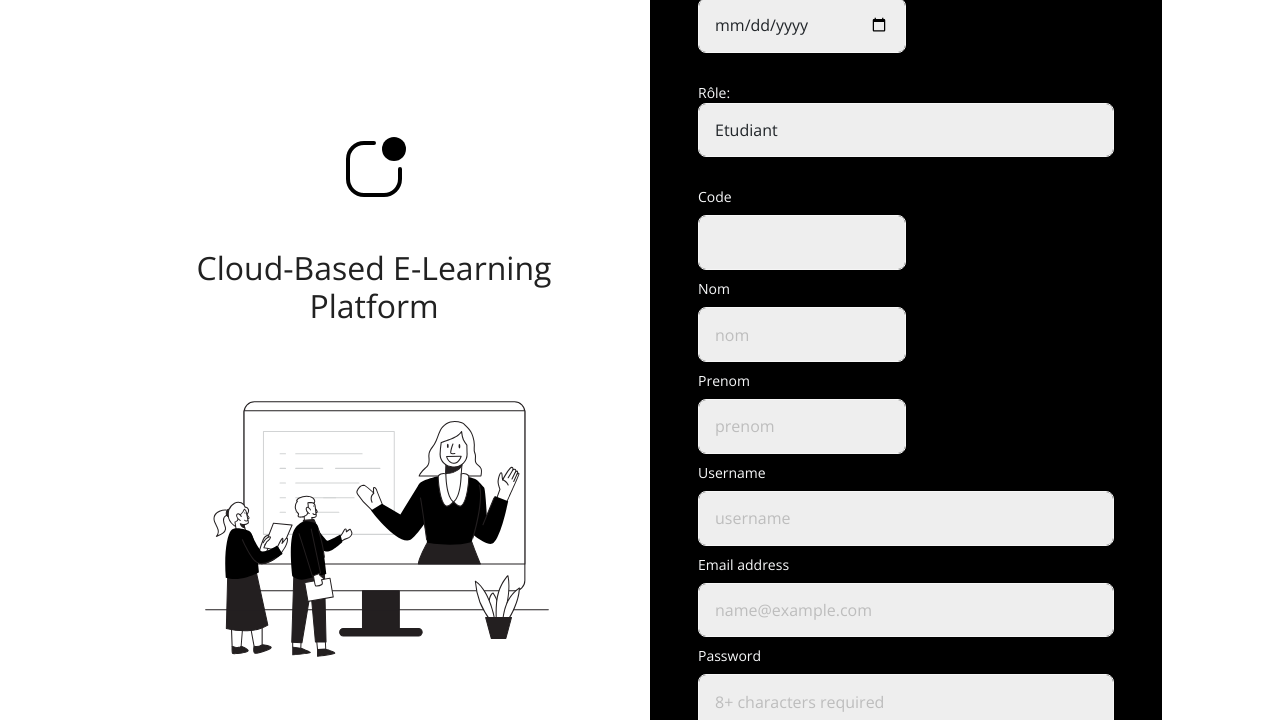
Repository: dimitri0004/Moodle
Page: http://localhost/inscription/
The author's editor kept a copy of each file at every save. The page is drawn from the files as they stood at one save, then again after the next save.
The browser window is 1280 px wide. The pictures show the whole page.
Some icons come from a web library that is not loaded, so they are not drawn. An inner scrolling area shows only its first screen. The page is served by the project's application, run on Django 4.2 (manage.py).

Above is the page before, as saved 2023-08-15 02:14:33.
Console error: TypeError: Cannot set properties of null (setting 'innerHTML')

After the next save:
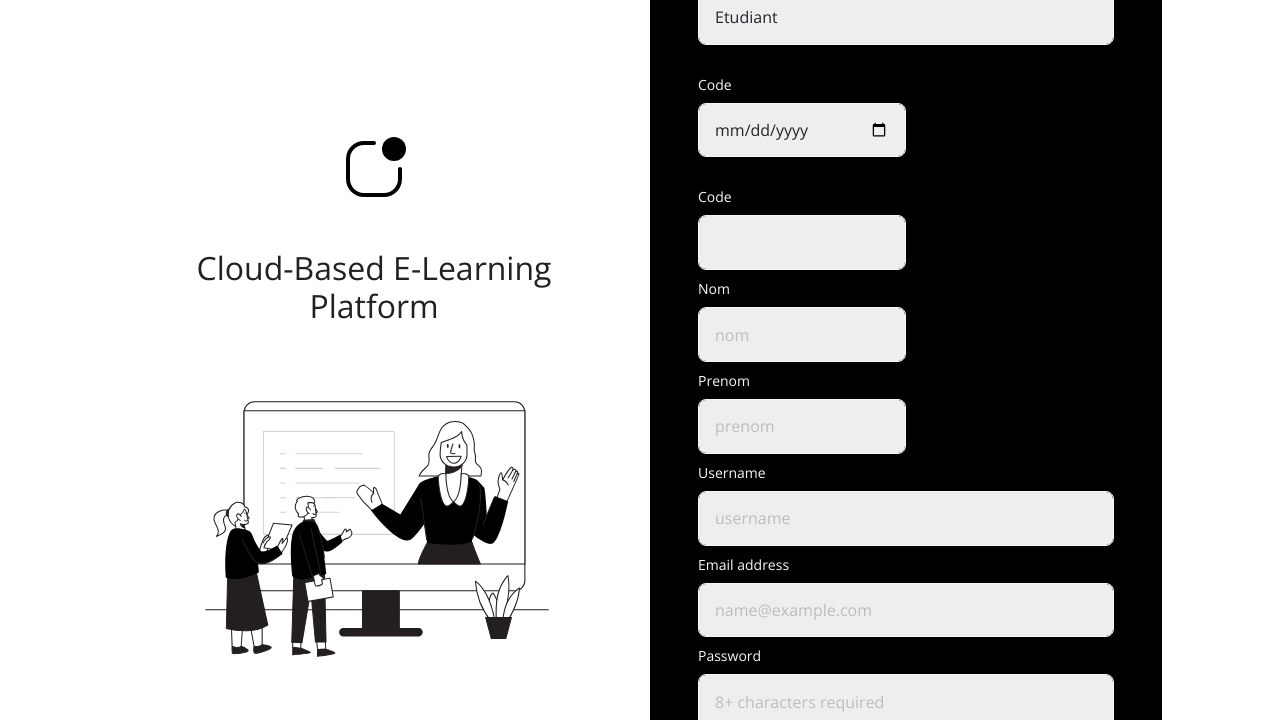
Saved 47 s later.
--- a/templates/Utilisateur/inscription.html
+++ b/templates/Utilisateur/inscription.html
@@ -61,13 +61,6 @@
 
                 <p class="alert alert-danger">{{ message }}</p>
                 {% endif %}
-
-                <div class="col-6">
-                  <div class="mb-2">
-                    <label class="form-label">Code</label>
-                    <input type="date" id="date_naissance" name="date" class="form-control form-control-lg" required><br>
-                  </div>
-                </div>
                 <div class="col-12">
                   <div class="mb-2">
                   <label for="role">Rôle:</label>
@@ -81,6 +74,13 @@
                 <div class="col-6">
                   <div class="mb-2">
                     <label class="form-label">Code</label>
+                    <input type="date" id="date_naissance" name="date" class="form-control form-control-lg" required><br>
+                  </div>
+                </div>
+
+                <div class="col-6">
+                  <div class="mb-2">
+                    <label class="form-label">Code</label>
                     <input
                       type="text"
                       name="identifiant"
@@ -112,7 +112,6 @@
                     />
                   </div>
                 </div>
-
                 <div class="col-12">
                   <div class="mb-2">
                     <label class="form-label">Username</label>
